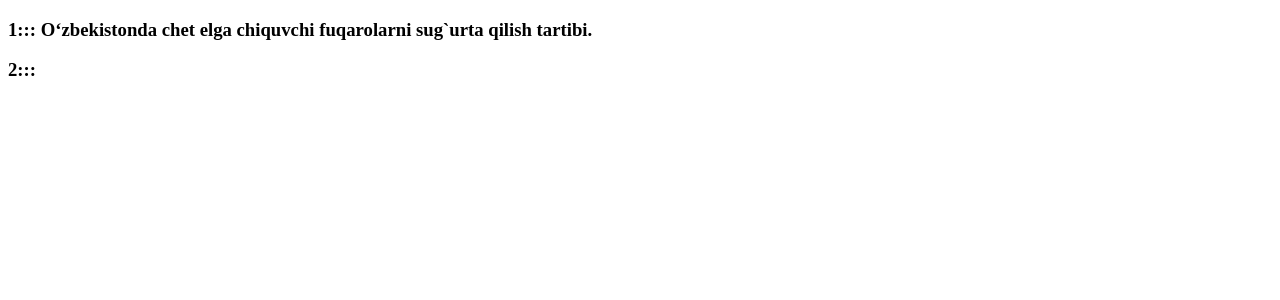
Repository: Ikromkhurozov/exam-inst
Page: index.html
An editor plug-in stored every save of this project. The page is shown before and after the next save, followed by the edit.
The browser window is 1280 px wide. The pictures show the whole page.

Above is the page before, as saved 2023-05-21 14:40:09.

After the next save:
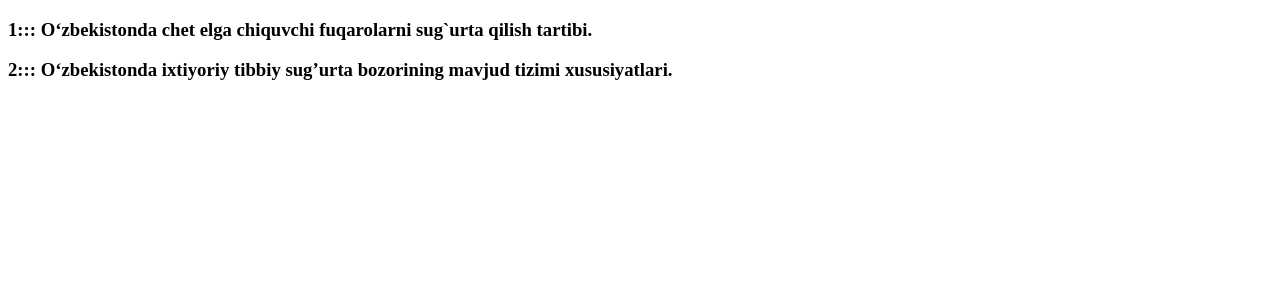
Saved 16 s later.
--- a/index.html
+++ b/index.html
@@ -8,7 +8,7 @@
 </head>
 <body>
     <h3>1::: O‘zbekistonda chet elga chiquvchi fuqarolarni sug`urta qilish tartibi.</h3>
-    <h3>2::: </h3>
+    <h3>2::: O‘zbekistonda ixtiyoriy tibbiy sugʼurta bozorining mavjud tizimi xususiyatlari.</h3>
     <h3></h3>
 </body>
 </html>
